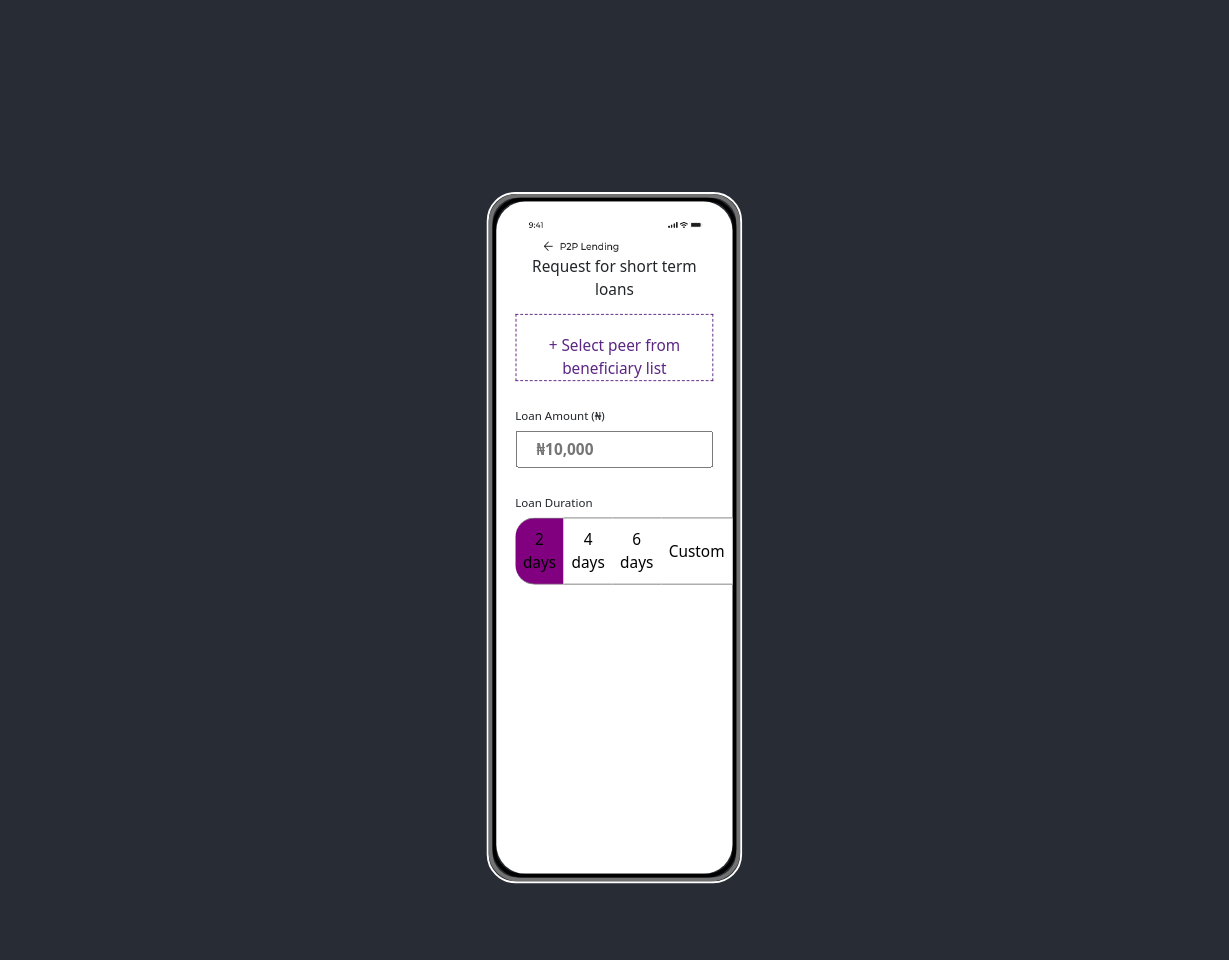
Repository: sarahnnanyelugo/fcmb-hackathon
Page: /loan-interface
These files come from the project's save history. The page is drawn as it stood at one moment and after the next save; the edit follows.
The browser window is 1280 px wide. The pictures show the whole page, at 96% of full size.
The project was rebuilt for these pictures with package versions that can differ from the ones it lists, and the page was loaded fresh each time. Also part of the build but not shown: src/Pages/Home.js.

Above is the page before, as saved 2023-10-28 21:47:36.

After the next save:
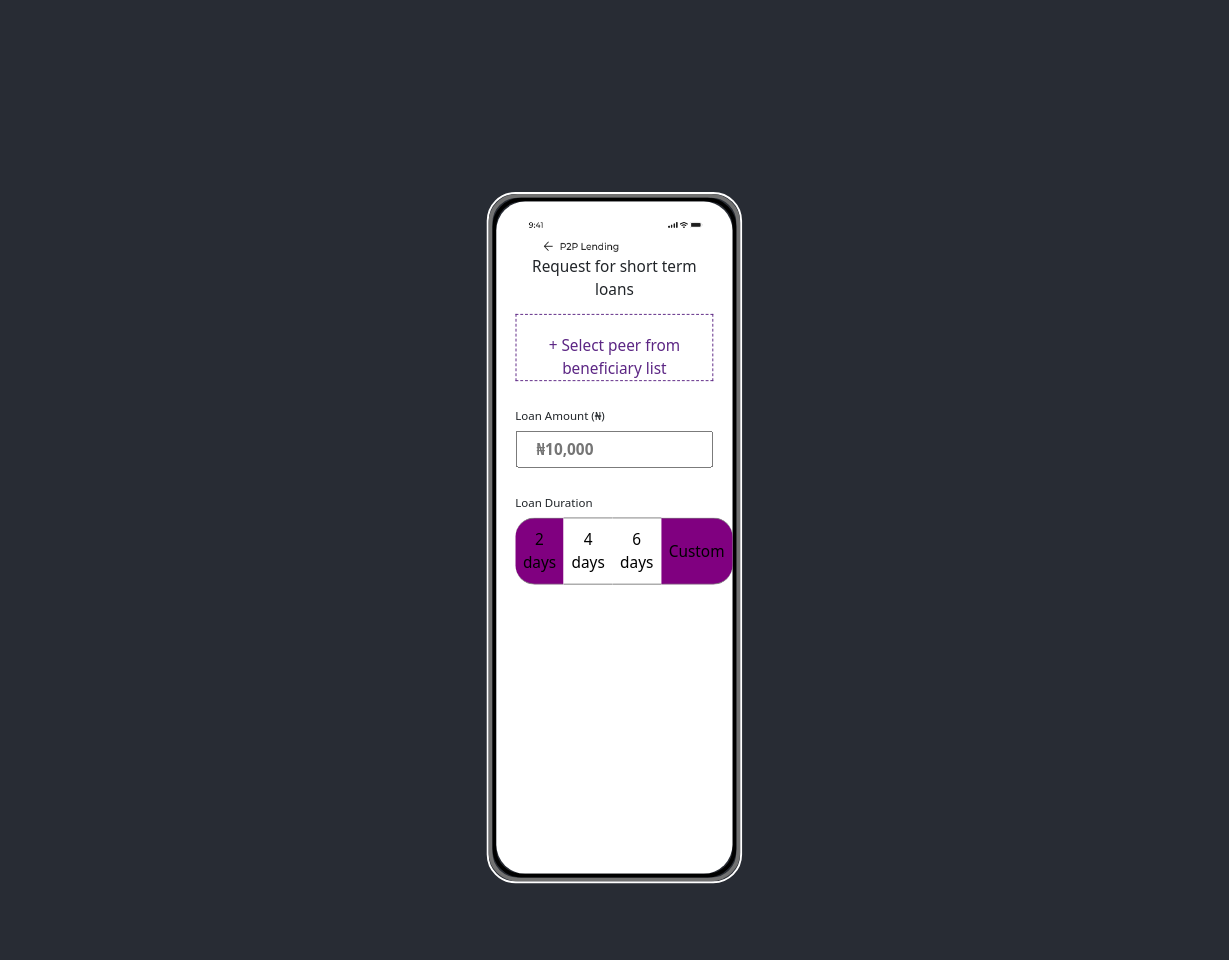
Saved 31 s later.
--- a/src/Pages/style.scss
+++ b/src/Pages/style.scss
@@ -128,9 +128,9 @@
     border-bottom-left-radius: 20px;
     background: purple;
   }
-  #btn1 {
-    border-top-left-radius: 20px;
-    border-bottom-left-radius: 20px;
+  #btn4 {
+    border-top-right-radius: 20px;
+    border-bottom-right-radius: 20px;
     background: purple;
   }
 }
